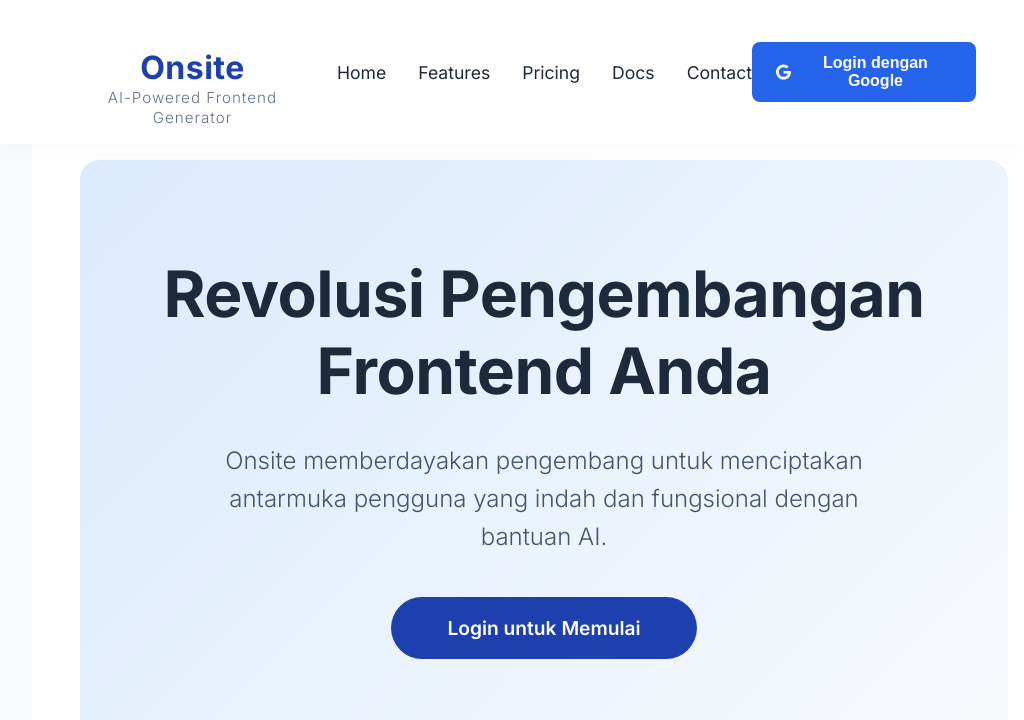
Repository: arifsoul/onsite
Page: / (app in onsite/)
The author's editor kept a copy of each file at every save. The page is drawn from the files as they stood at one save, then again after the next save.
The browser window is 1024 px wide. The pictures show the whole page.
An inner scrolling area shows only its first screen. The project was rebuilt for these pictures with package versions that can differ from the ones it lists, and the page was loaded fresh each time. Also part of the build but not shown: onsite/vite.config.js, onsite/src/components/Editor/CSSPanel.jsx, onsite/src/components/Editor/JSPanel.jsx, onsite/src/components/Editor/ComponentEditor.css, onsite/src/components/Editor/ComponentEditor.jsx, onsite/src/components/Preview/LivePreview.css, onsite/src/components/Preview/LivePreview.jsx, onsite/src/pages/Editor.css and 3 more.

Above is the page before, as saved 2025-04-14 17:34:30.

### onsite/src/index.css
/* src/index.css */
@import url('https://fonts.googleapis.com/css2?family=Inter:wght@400;600;700&display=swap');

* {
  margin: 0;
  padding: 0;
  box-sizing: border-box;
}

html, body {
  height: 100%;
  width: 100%;
  overflow-x: hidden; /* Mencegah scroll horizontal */
}

body {
  font-family: 'Inter', sans-serif;
  background-color: #f8f9fa;
}

#root {
  display: flex;
  flex-direction: column;
  min-height: 100vh;
  width: 100%;
}

### onsite/src/App.jsx
import { BrowserRouter as Router, Routes, Route } from 'react-router-dom';
import { Auth0Provider } from '@auth0/auth0-react';
import { CodeProvider } from './context/CodeContext';
import Home from './pages/Home';
import Editor from './pages/Editor';
import Login from './pages/Login';
import './App.css';

function App() {
  return (
    <Auth0Provider
      domain={import.meta.env.VITE_AUTH0_DOMAIN}
      clientId={import.meta.env.VITE_AUTH0_CLIENT_ID}
      redirectUri={window.location.origin}
    >
      <CodeProvider>
        <Router>
          <Routes>
            <Route path="/" element={<Home />} />
            <Route path="/login" element={<Login />} />
            <Route path="/editor" element={<Editor />} />
          </Routes>
        </Router>
      </CodeProvider>
    </Auth0Provider>
  );
}

export default App;

### onsite/src/context/CodeContext.jsx
import { createContext, useState, useContext } from 'react';

const CodeContext = createContext();

export const CodeProvider = ({ children }) => {
  const [generatedCode, setGeneratedCode] = useState({
    html: '',
    css: '',
    js: '',
  });
  const [components, setComponents] = useState([]);

  const updateComponent = (id, updates) => {
    setComponents((prev) =>
      prev.map((comp) =>
        comp.id === id ? { ...comp, ...updates } : comp
      )
    );
  };

  return (
    <CodeContext.Provider
      value={{ generatedCode, setGeneratedCode, components, setComponents, updateComponent }}
    >
      {children}
    </CodeContext.Provider>
  );
};

export const useCode = () => useContext(CodeContext);

### onsite/src/pages/Home.jsx
import React, { useState } from 'react';
import { useAuth0 } from '@auth0/auth0-react';
import AIGenerator from '../components/Generator/AIGenerator';
import GoogleLogin from '../components/Auth/GoogleLogin';
import { Link } from 'react-router-dom';
import './Home.css';

const Home = () => {
  const { isAuthenticated } = useAuth0();

  const [htmlCode, setHtmlCode] = useState('<h1>Hello World</h1>');
  const [cssCode, setCssCode] = useState('h1 { color: #1e40af; }');
  const [jsCode, setJsCode] = useState('console.log("Hello World");');
  const [activeTab, setActiveTab] = useState('html');

  const iframeCode = `
<html>
<head>
<style>${cssCode}</style>
</head>
<body>
${htmlCode}
<script>${jsCode}</script>
</body>
</html>
  `.trim();

  return (
    <div className="home-container">
      <header className="home-header">
        <div className="logo">
          <h1>Onsite</h1>
          <span>AI-Powered Frontend Generator</span>
        </div>
        <nav className="nav-menu">
          <ul>
            <li><Link to="/">Home</Link></li>
            <li><Link to="/features">Features</Link></li>
            <li><Link to="/pricing">Pricing</Link></li>
            <li><Link to="/docs">Docs</Link></li>
            <li><Link to="/contact">Contact</Link></li>
          </ul>
        </nav>
        <GoogleLogin />
      </header>
      <main className="home-main">
        <section className="hero-section">
          <h2>Revolusi Pengembangan Frontend Anda</h2>
          <p>
            Onsite memberdayakan pengembang untuk menciptakan antarmuka pengguna yang indah dan fungsional dengan bantuan AI.
          </p>
          <Link to={isAuthenticated ? '/editor' : '/login'} className="hero-cta">
            {isAuthenticated ? 'Mulai Mengedit Sekarang' : 'Login untuk Memulai'}
          </Link>
        </section>
        <section className="description-section">
          <h2>Kenapa Onsite?</h2>
          <p>
            Onsite menggabungkan kecerdasan buatan dan pengembangan frontend untuk menghasilkan kode React yang bersih dan responsif.
          </p>
          <ul>
            <li>Generate kode dengan cepat dan akurat.</li>
            <li>Edit komponen secara visual.</li>
            <li>Integrasi mudah dengan proyek Anda.</li>
          </ul>
        </section>
        <section className="code-playground">
          <div className="generator-section">
            <h3>AI Generator</h3>
            <AIGenerator
              onGenerate={(html, css, js) => {
                setHtmlCode(html);
                setCssCode(css);
                setJsCode(js);
              }}
            />
          </div>
          <div className="preview-section">
            <h3>Preview</h3>
            <iframe
              srcDoc={iframeCode}
              className="preview-iframe"
              sandbox="allow-scripts"
              title="Live Preview"
            />
          </div>
          <div className="editor-section">
            <h3>Code Editor</h3>
            <div className="tabs">
              <button
                className={activeTab === 'html' ? 'active' : ''}
                onClick={() => setActiveTab('html')}
              >
                HTML
              </button>
              <button
                className={activeTab === 'css' ? 'active' : ''}
                onClick={() => setActiveTab('css')}
              >
                CSS
              </button>
              <button
                className={activeTab === 'js' ? 'active' : ''}
                onClick={() => setActiveTab('js')}
              >
                JS
              </button>
            </div>
            <div className="code-editor">
              {activeTab === 'html' && (
                <textarea
                  value={htmlCode}
                  onChange={(e) => setHtmlCode(e.target.value)}
                  placeholder="Enter HTML code here..."
                />
              )}
              {activeTab === 'css' && (
                <textarea
                  value={cssCode}
                  onChange={(e) => setCssCode(e.target.value)}
                  placeholder="Enter CSS code here..."
                />
              )}
              {activeTab === 'js' && (
                <textarea
                  value={jsCode}
                  onChange={(e) => setJsCode(e.target.value)}
                  placeholder="Enter JavaScript code here..."
                />
              )}
            </div>
          </div>
        </section>
      </main>
      <footer className="home-footer">
        <p>© 2025 Onsite. All rights reserved.</p>
      </footer>
    </div>
  );
};

export default Home;

### onsite/src/components/Generator/AIGenerator.jsx
import { useState } from 'react';
import { useCode } from '../../context/CodeContext';
import { generateCode } from '../../services/deepseekApi';
import './AIGenerator.css';

const AIGenerator = () => {
  const [prompt, setPrompt] = useState('');
  const [error, setError] = useState(null);
  const { setGeneratedCode, setComponents } = useCode();

  const handleGenerate = async () => {
    try {
      setError(null);
      const response = await generateCode(prompt);
      const { html, css, js, components } = response.data;
      setGeneratedCode({ html, css, js });
      setComponents(components || []);
    } catch (error) {
      setError('Gagal menghasilkan kode.');
    }
  };

  return (
    <div className="generator-container">
      <textarea
        value={prompt}
        onChange={(e) => setPrompt(e.target.value)}
        placeholder="Tulis deskripsi UI Anda di sini..."
        className="prompt-input code-editor"
      />
      <button onClick={handleGenerate} className="generate-btn">
        Generate Kode
      </button>
      {error && <p className="error-message">{error}</p>}
    </div>
  );
};

export default AIGenerator;

### onsite/src/components/Auth/GoogleLogin.jsx
import { useAuth0 } from '@auth0/auth0-react';
import { FaGoogle } from 'react-icons/fa';
import './GoogleLogin.css';

const GoogleLogin = () => {
  const { loginWithRedirect, isAuthenticated, user, logout } = useAuth0();

  return (
    <div>
      {isAuthenticated ? (
        <div className="user-info">
          <img src={user?.picture} alt={user?.name} />
          <span>{user?.name}</span>
          <button
            className="logout-btn"
            onClick={() => logout({ returnTo: window.location.origin })}
          >
            Logout
          </button>
        </div>
      ) : (
        <button
          className="google-login-btn"
          onClick={() => loginWithRedirect({ connection: 'google-oauth2' })}
        >
          <FaGoogle /> Login dengan Google
        </button>
      )}
    </div>
  );
};

export default GoogleLogin;

### onsite/src/pages/Home.css
@import url('https://fonts.googleapis.com/css2?family=Inter:wght@300;400;600;700&display=swap');

body {
  margin: 0;
  font-family: 'Inter', sans-serif;
  background-color: #f8fafc;
  overflow-x: hidden;
}

.home-container {
  display: flex;
  flex-direction: column;
  min-height: 100vh;
  width: 100vw;
  background-color: #ffffff;
}

/* Header */
.home-header {
  display: flex;
  justify-content: space-between;
  align-items: center;
  padding: 1.5rem 3rem;
  background: rgba(255, 255, 255, 0.95);
  backdrop-filter: blur(10px);
  position: fixed;
  top: 0;
  left: 0;
  width: 100%;
  z-index: 1000;
  box-shadow: 0 4px 20px rgba(0, 0, 0, 0.03);
}

.logo h1 {
  font-size: 2rem;
  font-weight: 700;
  color: #1e40af;
  margin: 0;
  letter-spacing: 0.5px;
}

.logo span {
  font-size: 0.95rem;
  font-weight: 300;
  color: #64748b;
  letter-spacing: 1px;
}

.nav-menu ul {
  list-style: none;
  display: flex;
  gap: 2rem;
  margin: 0;
  padding: 0;
}

.nav-menu a {
  text-decoration: none;
  color: #1e293b;
  font-weight: 500;
  font-size: 1.1rem;
  transition: color 0.3s ease, transform 0.3s ease;
}

.nav-menu a:hover {
  color: #1e40af;
  transform: translateY(-2px);
}

/* Main Content */
.home-main {
  padding: 8rem 3rem 3rem;
}

.hero-section {
  text-align: center;
  padding: 6rem 2rem;
  background: linear-gradient(135deg, #dbeafe 0%, #f8fafc 100%);
  border-radius: 20px;
  margin-bottom: 5rem;
  animation: fadeIn 1s ease-in-out;
}

.hero-section h2 {
  font-size: 4rem;
  font-weight: 700;
  color: #1e293b;
  margin-bottom: 2rem;
  letter-spacing: -0.5px;
  line-height: 1.2;
}

.hero-section p {
  font-size: 1.5rem;
  font-weight: 300;
  color: #475569;
  max-width: 700px;
  margin: 0 auto 2.5rem;
  line-height: 1.6;
}

.hero-cta {
  padding: 1.2rem 3.5rem;
  background-color: #1e40af;
  color: #ffffff;
  text-decoration: none;
  border-radius: 50px;
  font-size: 1.2rem;
  font-weight: 600;
  display: inline-block;
  transition: transform 0.3s ease, box-shadow 0.3s ease;
}

.hero-cta:hover {
  transform: translateY(-5px);
  box-shadow: 0 10px 20px rgba(30, 64, 175, 0.3);
}

/* Description Section */
.description-section {
  padding: 4rem;
  background-color: #ffffff;
  border-radius: 20px;
  box-shadow: 0 10px 30px rgba(0, 0, 0, 0.05);
  margin-bottom: 5rem;
  animation: fadeInUp 1s ease-in-out;
}

.description-section h2 {
  font-size: 2.8rem;
  font-weight: 600;
  color: #1e293b;
  margin-bottom: 2rem;
}

.description-section p {
  font-size: 1.3rem;
  font-weight: 300;
  color: #475569;
}

.description-section ul {
  list-style: none;
  padding: 0;
}

.description-section li {
  font-size: 1.2rem;
  color: #475569;
  margin-bottom: 1.5rem;
  padding-left: 2rem;
  position: relative;
}

.description-section li::before {
  content: '→';
  position: absolute;
  left: 0;
  color: #1e40af;
  font-size: 1.2rem;
}

/* Code Playground */
.code-playground {
  display: grid;
  grid-template-columns: 1fr 1fr 1fr;
  gap: 2.5rem;
  padding: 4rem;
  background-color: #ffffff;
  border-radius: 20px;
  box-shadow: 0 10px 30px rgba(0, 0, 0, 0.05);
  margin-bottom: 5rem;
}

.generator-section,
.preview-section,
.editor-section {
  padding: 2rem;
  background-color: #f8fafc;
  border-radius: 16px;
  transition: transform 0.3s ease;
}

.generator-section:hover,
.preview-section:hover,
.editor-section:hover {
  transform: translateY(-10px);
}

.code-playground h3 {
  font-size: 1.8rem;
  font-weight: 600;
  color: #1e293b;
  margin-bottom: 1.5rem;
}

.preview-iframe {
  width: 100%;
  height: 450px;
  border: none;
  border-radius: 12px;
  background-color: #ffffff;
  box-shadow: 0 6px 20px rgba(0, 0, 0, 0.1);
}

.tabs {
  display: flex;
  gap: 0.75rem;
  margin-bottom: 1.5rem;
}

.tabs button {
  padding: 0.8rem 2rem;
  background-color: #e2e8f0;
  border: none;
  cursor: pointer;
  border-radius: 50px;
  font-size: 1rem;
  font-weight: 500;
  transition: all 0.3s ease;
}

.tabs button.active {
  background-color: #1e40af;
  color: #ffffff;
}

.tabs button:hover:not(.active) {
  background-color: #cbd5e1;
}

.code-editor textarea {
  width: 100%;
  height: 300px;
  font-family: 'Courier New', Courier, monospace;
  font-size: 1rem;
  padding: 1.5rem;
  border: none;
  border-radius: 12px;
  background-color: #f8fafc;
  color: #1e293b;
  resize: vertical;
  box-shadow: inset 0 2px 10px rgba(0, 0, 0, 0.05);
  transition: box-shadow 0.3s ease;
}

.code-editor textarea:focus {
  outline: none;
  box-shadow: 0 0 0 4px rgba(30, 64, 175, 0.2);
}

/* Footer */
.home-footer {
  text-align: center;
  padding: 3rem;
  background-color: #ffffff;
  color: #64748b;
  font-size: 1rem;
  font-weight: 300;
  letter-spacing: 0.5px;
}

/* Animations */
@keyframes fadeIn {
  from { opacity: 0; }
  to { opacity: 1; }
}

@keyframes fadeInUp {
  from { opacity: 0; transform: translateY(20px); }
  to { opacity: 1; transform: translateY(0); }
}

/* Responsive Design */
@media (max-width: 1024px) {
  .code-playground {
    grid-template-columns: 1fr 1fr;
  }
}

@media (max-width: 768px) {
  .home-header {
    padding: 1rem 2rem;
    flex-direction: column;
    align-items: flex-start;
  }

  .nav-menu ul {
    flex-direction: column;
    gap: 1rem;
    width: 100%;
  }

  .hero-section h2 {
    font-size: 2.5rem;
  }

  .hero-section p {
    font-size: 1.2rem;
  }

  .code-playground {
    grid-template-columns: 1fr;
  }

  .preview-iframe {
    height: 350px;
  }

  .code-editor textarea {
    height: 250px;
  }
}

### onsite/src/services/deepseekApi.js
import axios from 'axios';

const API_KEY = import.meta.env.VITE_DEEPSEEK_API_KEY;
const BASE_URL = 'https://api.deepseek.com';

export const generateCode = async (prompt) => {
  if (!API_KEY) {
    throw new Error('DeepSeek API key is missing. Please set VITE_DEEPSEEK_API_KEY in .env.');
  }

  if (!prompt || prompt.trim() === '') {
    throw new Error('Prompt cannot be empty.');
  }

  try {
    const response = await axios.post(
      `${BASE_URL}/chat/completions`,
      {
        model: 'deepseek-chat',
        messages: [
          {
            role: 'system',
            content:
              'You are an AI that generates React component code (HTML, CSS, JS) based on user descriptions. Return structured JSON with html, css, js, and components array.',
          },
          { role: 'user', content: prompt },
        ],
        stream: false,
      },
      {
        headers: {
          'Content-Type': 'application/json',
          Authorization: `Bearer ${API_KEY}`,
        },
      }
    );
    return response;
  } catch (error) {
    console.error('DeepSeek API Error:', {
      message: error.message,
      status: error.response?.status,
      data: error.response?.data,
    });
    throw new Error(
      error.response?.data?.error?.message || 'Failed to generate code. Please check API key and network.'
    );
  }
};

### onsite/src/components/Generator/AIGenerator.css
.generator-container {
  display: flex;
  flex-direction: column;
  gap: 1.5rem;
  height: 100%;
}

.prompt-input.code-editor {
  width: 100%;
  min-height: 250px;
  padding: 1.5rem;
  border: 1px solid #d1d5db;
  border-radius: 8px;
  font-family: 'Courier New', Courier, monospace;
  font-size: 1rem;
  background-color: #f9fafb;
  color: #1f2937;
  resize: vertical;
}

.prompt-input:focus {
  border-color: #2563eb;
  outline: none;
}

.generate-btn {
  padding: 0.75rem 1.5rem;
  background-color: #2563eb;
  color: #ffffff;
  border: none;
  border-radius: 8px;
  font-weight: 600;
}

.generate-btn:hover {
  background-color: #1d4ed8;
}

.error-message {
  color: #dc2626;
  font-size: 0.9rem;
}

### onsite/src/components/Auth/GoogleLogin.css
/* src/components/Auth/GoogleLogin.css */
.google-login-btn {
  display: flex;
  align-items: center;
  gap: 0.5rem;
  padding: 0.75rem 1.5rem;
  background-color: #2563eb;
  color: #ffffff;
  border: none;
  border-radius: 8px;
  font-size: 1rem;
  font-weight: 600;
  cursor: pointer;
  transition: background-color 0.2s;
}

.google-login-btn:hover {
  background-color: #1d4ed8;
}

.user-info {
  display: flex;
  align-items: center;
  gap: 0.75rem;
}

.user-info img {
  border-radius: 50%;
  width: 36px;
  height: 36px;
}

.user-info span {
  font-size: 1rem;
  color: #1f2937;
}

.logout-btn {
  padding: 0.5rem 1rem;
  background-color: #dc2626;
  color: #ffffff;
  border: none;
  border-radius: 8px;
  font-size: 0.9rem;
  font-weight: 600;
  cursor: pointer;
  transition: background-color 0.2s;
}

.logout-btn:hover {
  background-color: #b91c1c;
}

Loaded but not shown: onsite/index.html (common file); onsite/src/main.jsx (common file); onsite/src/App.css (common file)

After the next save:
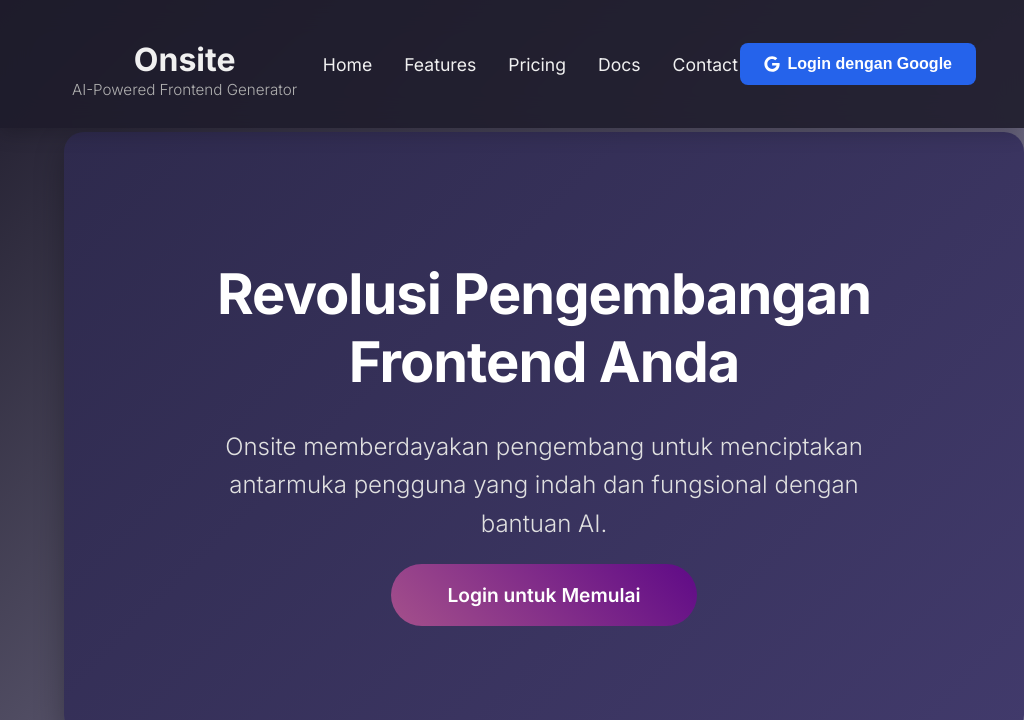
Saved 7 min 24 s later.
--- a/onsite/src/pages/Home.css
+++ b/onsite/src/pages/Home.css
@@ -3,16 +3,17 @@
 body {
   margin: 0;
   font-family: 'Inter', sans-serif;
-  background-color: #f8fafc;
+  background: linear-gradient(135deg, #1f1c2c, #928dab);
   overflow-x: hidden;
 }
 
+/* Layout Container */
 .home-container {
   display: flex;
   flex-direction: column;
   min-height: 100vh;
   width: 100vw;
-  background-color: #ffffff;
+  background: transparent;
 }
 
 /* Header */
@@ -20,30 +21,28 @@
   display: flex;
   justify-content: space-between;
   align-items: center;
-  padding: 1.5rem 3rem;
-  background: rgba(255, 255, 255, 0.95);
-  backdrop-filter: blur(10px);
+  padding: 1rem 3rem;
+  background: rgba(31, 28, 44, 0.9);
+  backdrop-filter: blur(15px);
   position: fixed;
   top: 0;
   left: 0;
   width: 100%;
   z-index: 1000;
-  box-shadow: 0 4px 20px rgba(0, 0, 0, 0.03);
+  box-shadow: 0 4px 20px rgba(0, 0, 0, 0.2);
 }
 
 .logo h1 {
   font-size: 2rem;
   font-weight: 700;
-  color: #1e40af;
+  color: #f0f0f0;
   margin: 0;
-  letter-spacing: 0.5px;
 }
 
 .logo span {
   font-size: 0.95rem;
   font-weight: 300;
-  color: #64748b;
-  letter-spacing: 1px;
+  color: #b0b0b0;
 }
 
 .nav-menu ul {
@@ -56,87 +55,87 @@
 
 .nav-menu a {
   text-decoration: none;
-  color: #1e293b;
+  color: #f0f0f0;
   font-weight: 500;
   font-size: 1.1rem;
   transition: color 0.3s ease, transform 0.3s ease;
 }
 
 .nav-menu a:hover {
-  color: #1e40af;
+  color: #a4508b;
   transform: translateY(-2px);
 }
 
 /* Main Content */
 .home-main {
-  padding: 8rem 3rem 3rem;
+  padding: 100px 2rem 3rem;
 }
 
 .hero-section {
   text-align: center;
-  padding: 6rem 2rem;
-  background: linear-gradient(135deg, #dbeafe 0%, #f8fafc 100%);
+  padding: 8rem 2rem;
+  background: linear-gradient(135deg, #2e2a4d, #413a6b);
   border-radius: 20px;
   margin-bottom: 5rem;
+  color: #ffffff;
+  box-shadow: 0 10px 30px rgba(0, 0, 0, 0.3);
   animation: fadeIn 1s ease-in-out;
 }
 
 .hero-section h2 {
-  font-size: 4rem;
+  font-size: 3.5rem;
   font-weight: 700;
-  color: #1e293b;
+  letter-spacing: -1px;
   margin-bottom: 2rem;
-  letter-spacing: -0.5px;
-  line-height: 1.2;
+  color: #ffffff;
 }
 
 .hero-section p {
   font-size: 1.5rem;
   font-weight: 300;
-  color: #475569;
   max-width: 700px;
   margin: 0 auto 2.5rem;
   line-height: 1.6;
+  color: #e0e0e0;
 }
 
 .hero-cta {
   padding: 1.2rem 3.5rem;
-  background-color: #1e40af;
+  background: linear-gradient(45deg, #a4508b, #5f0a87);
   color: #ffffff;
   text-decoration: none;
   border-radius: 50px;
   font-size: 1.2rem;
   font-weight: 600;
-  display: inline-block;
   transition: transform 0.3s ease, box-shadow 0.3s ease;
 }
 
 .hero-cta:hover {
   transform: translateY(-5px);
-  box-shadow: 0 10px 20px rgba(30, 64, 175, 0.3);
+  box-shadow: 0 10px 20px rgba(95, 10, 135, 0.5);
 }
 
 /* Description Section */
 .description-section {
   padding: 4rem;
-  background-color: #ffffff;
+  background: rgba(31, 28, 44, 0.85);
   border-radius: 20px;
-  box-shadow: 0 10px 30px rgba(0, 0, 0, 0.05);
+  box-shadow: 0 10px 30px rgba(0, 0, 0, 0.2);
   margin-bottom: 5rem;
+  color: #f0f0f0;
   animation: fadeInUp 1s ease-in-out;
 }
 
 .description-section h2 {
-  font-size: 2.8rem;
+  font-size: 2.5rem;
   font-weight: 600;
-  color: #1e293b;
   margin-bottom: 2rem;
 }
 
 .description-section p {
   font-size: 1.3rem;
   font-weight: 300;
-  color: #475569;
+  line-height: 1.6;
 }
 
 .description-section ul {
@@ -146,7 +145,6 @@
 
 .description-section li {
   font-size: 1.2rem;
-  color: #475569;
   margin-bottom: 1.5rem;
   padding-left: 2rem;
   position: relative;
@@ -156,19 +154,18 @@
   content: '→';
   position: absolute;
   left: 0;
-  color: #1e40af;
-  font-size: 1.2rem;
+  color: #a4508b;
 }
 
 /* Code Playground */
 .code-playground {
   display: grid;
-  grid-template-columns: 1fr 1fr 1fr;
+  grid-template-columns: repeat(auto-fit, minmax(300px, 1fr));
   gap: 2.5rem;
   padding: 4rem;
-  background-color: #ffffff;
+  background: rgba(31, 28, 44, 0.75);
   border-radius: 20px;
-  box-shadow: 0 10px 30px rgba(0, 0, 0, 0.05);
+  box-shadow: 0 10px 30px rgba(0, 0, 0, 0.3);
   margin-bottom: 5rem;
 }
 
@@ -176,22 +173,25 @@
 .preview-section,
 .editor-section {
   padding: 2rem;
-  background-color: #f8fafc;
+  background: #ffffff15;
+  border: 1px solid #ffffff20;
   border-radius: 16px;
-  transition: transform 0.3s ease;
+  transition: transform 0.3s ease, box-shadow 0.3s ease;
+  backdrop-filter: blur(10px);
 }
 
 .generator-section:hover,
 .preview-section:hover,
 .editor-section:hover {
   transform: translateY(-10px);
+  box-shadow: 0 10px 25px rgba(0, 0, 0, 0.5);
 }
 
 .code-playground h3 {
   font-size: 1.8rem;
   font-weight: 600;
-  color: #1e293b;
   margin-bottom: 1.5rem;
+  color: #ffffff;
 }
 
 .preview-iframe {
@@ -199,8 +199,8 @@
   height: 450px;
   border: none;
   border-radius: 12px;
-  background-color: #ffffff;
-  box-shadow: 0 6px 20px rgba(0, 0, 0, 0.1);
+  background: #1e1e1e;
+  box-shadow: 0 6px 20px rgba(0, 0, 0, 0.4);
 }
 
 .tabs {
@@ -211,22 +211,23 @@
 
 .tabs button {
   padding: 0.8rem 2rem;
-  background-color: #e2e8f0;
+  background: #ffffff20;
   border: none;
   cursor: pointer;
   border-radius: 50px;
   font-size: 1rem;
   font-weight: 500;
+  color: #ffffff;
   transition: all 0.3s ease;
 }
 
 .tabs button.active {
-  background-color: #1e40af;
+  background: linear-gradient(45deg, #a4508b, #5f0a87);
   color: #ffffff;
 }
 
 .tabs button:hover:not(.active) {
-  background-color: #cbd5e1;
+  background: #ffffff30;
 }
 
 .code-editor textarea {
@@ -237,26 +238,25 @@
   padding: 1.5rem;
   border: none;
   border-radius: 12px;
-  background-color: #f8fafc;
-  color: #1e293b;
+  background: #1e1e1e;
+  color: #f0f0f0;
   resize: vertical;
-  box-shadow: inset 0 2px 10px rgba(0, 0, 0, 0.05);
+  box-shadow: inset 0 2px 10px rgba(0, 0, 0, 0.2);
   transition: box-shadow 0.3s ease;
 }
 
 .code-editor textarea:focus {
   outline: none;
-  box-shadow: 0 0 0 4px rgba(30, 64, 175, 0.2);
+  box-shadow: 0 0 0 4px rgba(95, 10, 135, 0.4);
 }
 
 /* Footer */
 .home-footer {
   text-align: center;
   padding: 3rem;
-  background-color: #ffffff;
-  color: #64748b;
+  background: rgba(31, 28, 44, 0.9);
+  color: #b0b0b0;
   font-size: 1rem;
-  font-weight: 300;
   letter-spacing: 0.5px;
 }
 
@@ -274,7 +274,7 @@
 /* Responsive Design */
 @media (max-width: 1024px) {
   .code-playground {
-    grid-template-columns: 1fr 1fr;
+    grid-template-columns: repeat(auto-fit, minmax(300px, 1fr));
   }
 }
 
